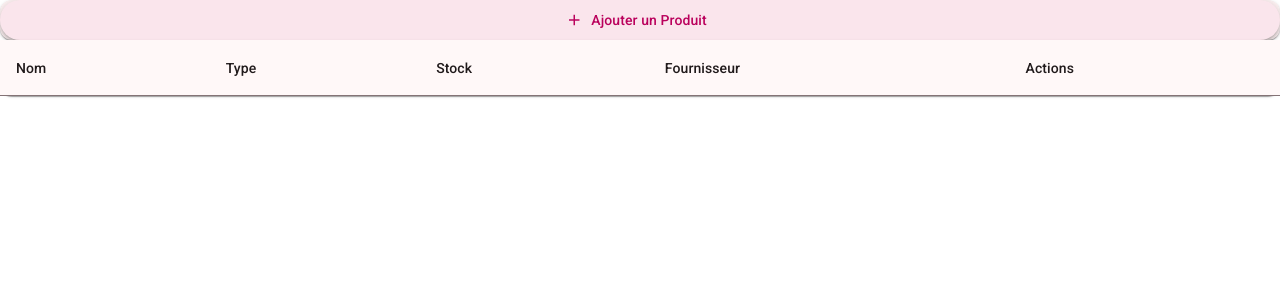
Repository: hadilXattia/Gestion_Production
Page: /produits (app in frontend-production/)
An editor plug-in stored every save of this project. The page is shown before and after the next save, followed by the edit.
The browser window is 1280 px wide. The pictures show the whole page.
The page's requests for data from a server got no answer. The project was rebuilt for these pictures with package versions that can differ from the ones it lists, and the page was loaded fresh each time. No one was signed in, and anything a server would have sent is missing. Also part of the build but not shown: frontend-production/angular.json, frontend-production/src/app/components/produit/ajouter-produit-dialog.component.ts, frontend-production/src/app/components/produit/produit-detail-dialog.component.ts, frontend-production/src/app/components/machine/machine.component.ts, frontend-production/src/app/services/machine.service.ts, frontend-production/src/app/components/technicien/technicien.component.ts, frontend-production/src/app/services/technicien.service.ts, frontend-production/src/app/components/ordre-fabrication/ordre-fabrication.component.ts and 3 more.

Above is the page before, as saved 2025-05-10 13:05:16.

After the next save:
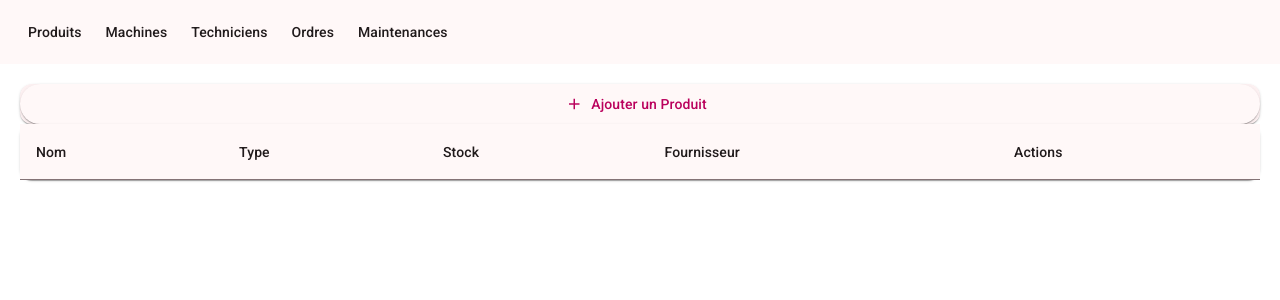
Saved 17 s later.
--- a/frontend-production/src/app/app.component.ts
+++ b/frontend-production/src/app/app.component.ts
@@ -1,12 +1,16 @@
 import { Component } from '@angular/core';
 import { RouterOutlet } from '@angular/router';
+import { NavbarComponent } from './components/navbar/navbar.component';
 
 @Component({
   selector: 'app-root',
-  imports: [RouterOutlet],
-  templateUrl: './app.component.html',
-  styleUrl: './app.component.css'
+  standalone: true,
+  imports: [NavbarComponent, RouterOutlet],
+  template: `
+    <app-navbar></app-navbar>
+    <div style="padding: 20px">
+      <router-outlet></router-outlet>
+    </div>
+  `
 })
-export class AppComponent {
-  title = 'frontend-production';
-}
+export class AppComponent {}
